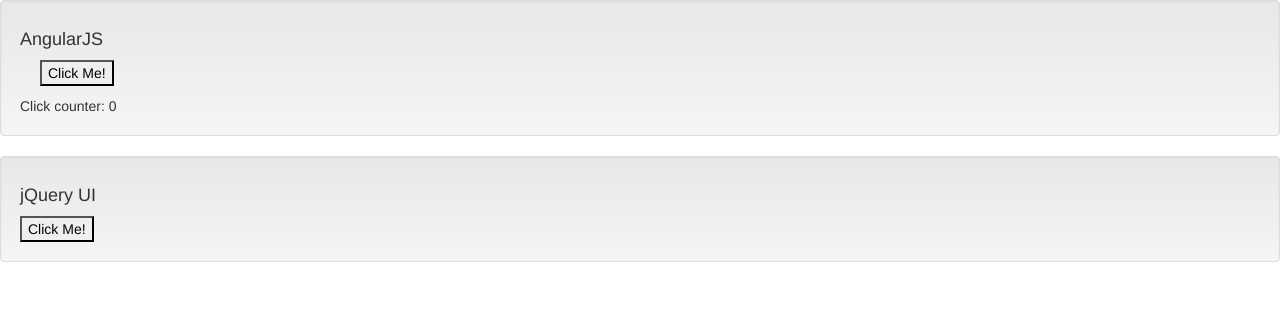
Repository: chisun-joung/workplace
Page: angularJS/WebContent/Chap13_Controller/P397_Apply.html
The author's editor kept a copy of each file at every save. The page is drawn from the files as they stood at one save, then again after the next save.
The browser window is 1280 px wide. The pictures show the whole page.
Some web libraries are served in a nearby version.

Above is the page before, as saved 2016-11-29 02:07:27.

After the next save:
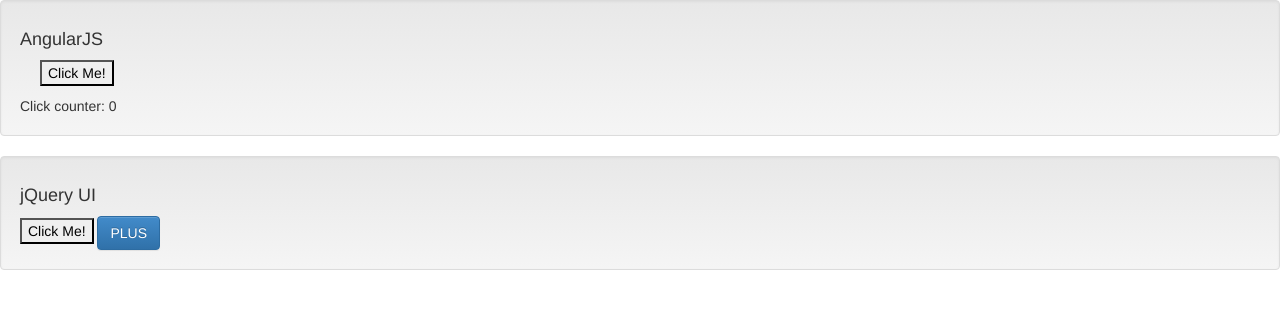
Saved 6 min 11 s later.
--- a/angularJS/WebContent/Chap13_Controller/P397_Apply.html
+++ b/angularJS/WebContent/Chap13_Controller/P397_Apply.html
@@ -15,6 +15,19 @@
 			$scope.plus = function() {
 				$scope.clickCounter++;
 			}
+			// angularJS 에서 jQuery를 사용하기 위해서는 angular.element("요소명") ==> jquery 객체
+			// $('<button>')
+			var btn = angular.element('<button>');
+			console.log(btn);
+			btn.text("PLUS");
+			btn.addClass('btn btn-primary');
+
+			angular.element(document.getElementById('first')).append(btn);
+
+			btn.on('click', function(event){
+				$scope.plus();
+			})
+
 
 		})
 
@@ -28,7 +41,7 @@
 		</div>
 		Click counter: {{clickCounter}}
 	</div>
-	<div class="well">
+	<div class="well" id="first">
 		<h4>jQuery UI</h4>
 		<button id="btn">Click Me!</button>
 	</div>
